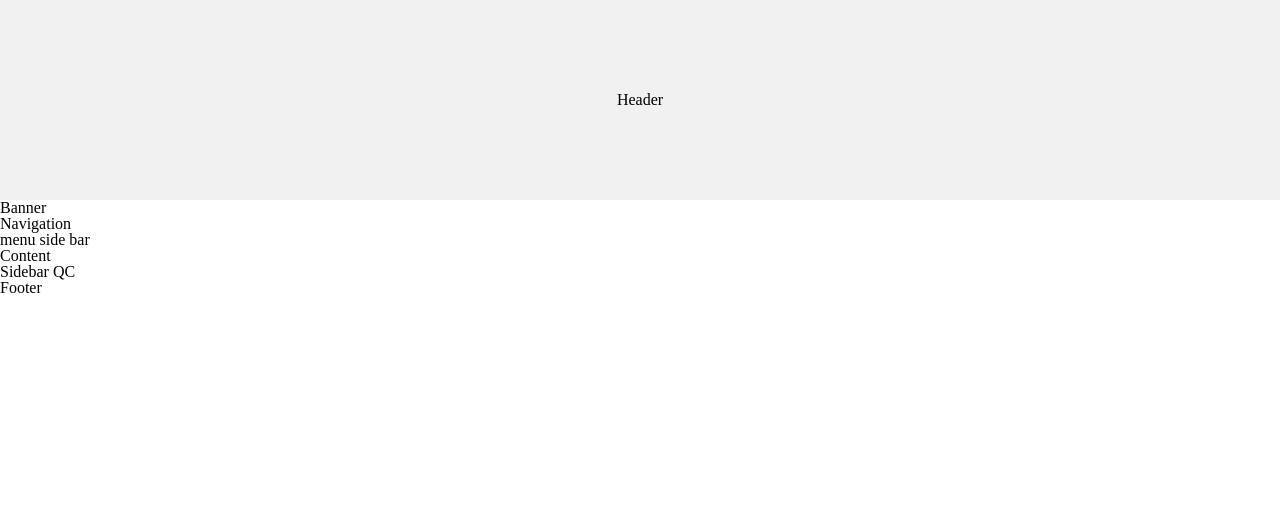
Repository: Tan-Khang21/TH_TKW--Buoi_06
Page: Bai_Tap_Tren_lop/Bai_03/LayoutCSS3.html
An editor plug-in stored every save of this project. The page is shown before and after the next save, followed by the edit.
The browser window is 1280 px wide. The pictures show the whole page.

Above is the page before, as saved 2024-03-11 20:56:38.

After the next save:
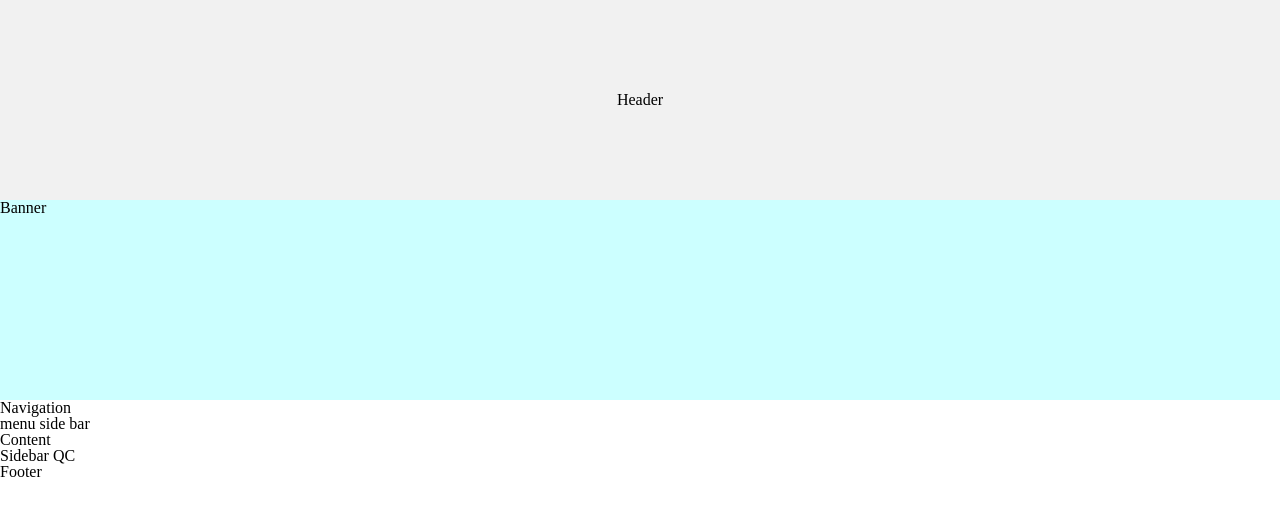
Saved 45 s later.
--- a/Bai_Tap_Tren_lop/Bai_03/style.css
+++ b/Bai_Tap_Tren_lop/Bai_03/style.css
@@ -12,3 +12,8 @@ body {
   justify-content: center;
   background-color: #f1f1f1;
 }
+.banner {
+  width: 100%;
+  height: 200px;
+  background-color: #ccffff;
+}
